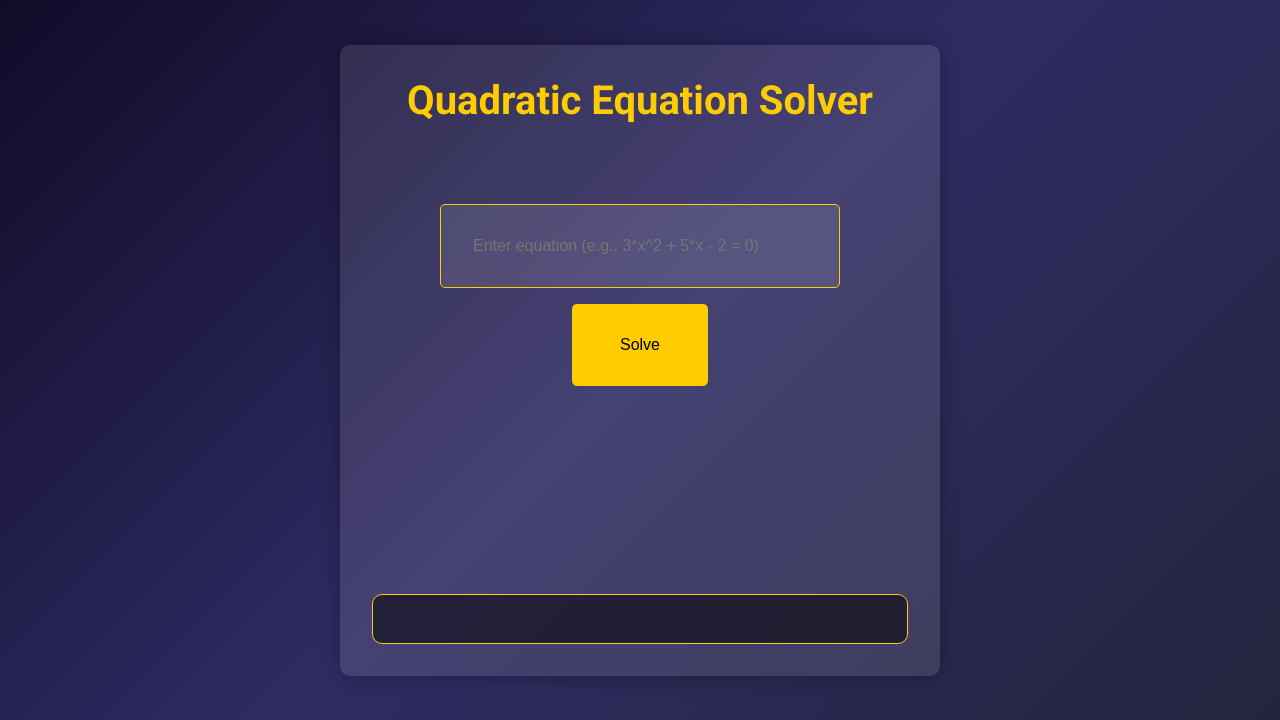
Repository: ngl-ankit/equation-solver
Page: index.html
These files come from the project's save history. The page is drawn as it stood at one moment and after the next save; the edit follows.
The browser window is 1280 px wide. The pictures show the whole page.

Above is the page before, as saved 2024-07-08 11:14:53.

### index.html
<!DOCTYPE html>
<html lang="en">
  <head>
    <meta charset="UTF-8" />
    <meta name="viewport" content="width=device-width, initial-scale=1.0" />
    <title>Quadratic Equation Solver</title>
    <link rel="stylesheet" href="styles.css" />
  </head>
  <body>
    <div class="container">
      <h1>Quadratic Equation Solver</h1>
      <div class="form-container">
        <form id="equation-form">
          <input
            type="text"
            id="equation-input"
            placeholder="Enter equation (e.g., 3*x^2 + 5*x - 2 = 0)"
            required
          />
          <button type="submit" class="solve-btn">Solve</button>
        </form>
      </div>
      <div id="results" class="results"></div>
    </div>
    <script src="script.js"></script>
  </body>
</html>

### styles.css
@import url("https://fonts.googleapis.com/css2?family=Roboto:wght@400;700&display=swap");

* {
  margin: 0;
  padding: 0;
  box-sizing: border-box;
}

body {
  display: flex;
  justify-content: center;
  align-items: center;
  height: 100vh;
  font-family: "Roboto", sans-serif;
  background: linear-gradient(135deg, #0f0c29, #302b63, #24243e);
  color: #fff;
}

.container {
  max-width: 600px;
  width: 90%;
  background: rgba(255, 255, 255, 0.1);
  padding: 2rem;
  border-radius: 10px;
  box-shadow: 0 0 20px rgba(0, 0, 0, 0.3);
  text-align: center;
}

h1 {
  font-size: 2.5rem;
  margin-bottom: 5rem;
  color: #ffcc00;
}

.form-container {
  margin-bottom: 13rem;
}

form {
  display: flex;
  flex-direction: column;
  align-items: center;
}

input[type="text"] {
  width: 100%;
  max-width: 400px;
  padding: 2rem;
  border: 1px solid #ffcc00;
  border-radius: 5px;
  background: rgba(255, 255, 255, 0.1);
  color: #fff;
  font-size: 1rem;
  margin-bottom: 1rem;
  transition: background-color 0.3s, border-color 0.3s;
}

input[type="text"]:hover,
input[type="text"]:focus {
  background-color: rgba(255, 255, 255, 0.2);
  border-color: #ff9900;
}

button.solve-btn {
  padding: 2rem 3rem;
  border: none;
  background-color: #ffcc00;
  color: #000;
  border-radius: 5px;
  cursor: pointer;
  transition: background-color 0.3s, transform 0.3s;
  font-size: 1rem;
  outline: none;
}

button.solve-btn:hover {
  background-color: #ff9900;
  transform: scale(1.05);
}

.results {
  background: rgba(0, 0, 0, 0.5);
  border: 1px solid #ffcc00;
  border-radius: 10px;
  padding: 1.5rem;
  margin-top: 2rem;
  text-align: left;
  animation: fadeIn 0.5s ease-in-out;
}

.results p {
  font-size: 1rem;
  line-height: 1.6;
  margin-bottom: 1rem;
}

.solution-steps {
  margin-top: 1rem;
}

@keyframes fadeIn {
  from {
    opacity: 0;
  }
  to {
    opacity: 1;
  }
}

### script.js
document.getElementById('equation-form').addEventListener('submit', function (event) {
  event.preventDefault();
  const equation = document.getElementById('equation-input').value;
  const result = solveQuadraticEquation(equation);
  displayResults(result);
});

function solveQuadraticEquation(equation) {
  const trimmedEquation = equation.replace(/\s/g, ''); // Remove all whitespace
  const regex = /^([-+]?\d*\.?\d*)\*?x\^2([-+]?\d*\.?\d*)\*?x([-+]?\d*\.?\d*)=?0$/;
  const matches = trimmedEquation.match(regex);

  if (!matches) {
    return { equation, error: 'Invalid equation format' };
  }

  const a = parseFloat(matches[1]) || 1;
  const b = parseFloat(matches[2]) || 0;
  const c = parseFloat(matches[3]) || 0;

  const discriminant = b * b - 4 * a * c;

  let solutions = [];
  let solutionSteps = [];

  solutionSteps.push(`Given equation: ${equation}`);

  solutionSteps.push(`Step 1: Calculate Discriminant (D) = ${b}^2 - 4 * ${a} * ${c}`);
  solutionSteps.push(`D = ${discriminant}`);

  if (discriminant > 0) {
    const x1 = (-b + Math.sqrt(discriminant)) / (2 * a);
    const x2 = (-b - Math.sqrt(discriminant)) / (2 * a);
    solutions = [x1, x2];
    solutionSteps.push(`Step 2: Apply the Quadratic Formula:`);
    solutionSteps.push(`x1 = (-${b} + √${discriminant}) / (2 * ${a}) = ${x1}`);
    solutionSteps.push(`x2 = (-${b} - √${discriminant}) / (2 * ${a}) = ${x2}`);
  } else if (discriminant === 0) {
    const x = -b / (2 * a);
    solutions = [x];
    solutionSteps.push(`Step 2: Apply the Quadratic Formula:`);
    solutionSteps.push(`x = -${b} / (2 * ${a}) = ${x}`);
  } else {
    solutionSteps.push(`Step 2: Since D < 0, no real solutions exist.`);
  }

  return {
    equation,
    solutions,
    discriminant,
    solutionSteps
  };
}

function displayResults(result) {
  const resultsDiv = document.getElementById('results');
  resultsDiv.innerHTML = `
    <h2>Results:</h2>
    <div class="solution-steps">
      ${result.solutionSteps.map(step => `<p>${step}</p>`).join('')}
    </div>
    <p><strong>Discriminant:</strong> ${result.discriminant}</p>
    ${result.solutions.length > 0 ? `
    <p><strong>Solutions:</strong> ${result.solutions.join(', ')}</p>` : ''}
  `;
}

After the next save:
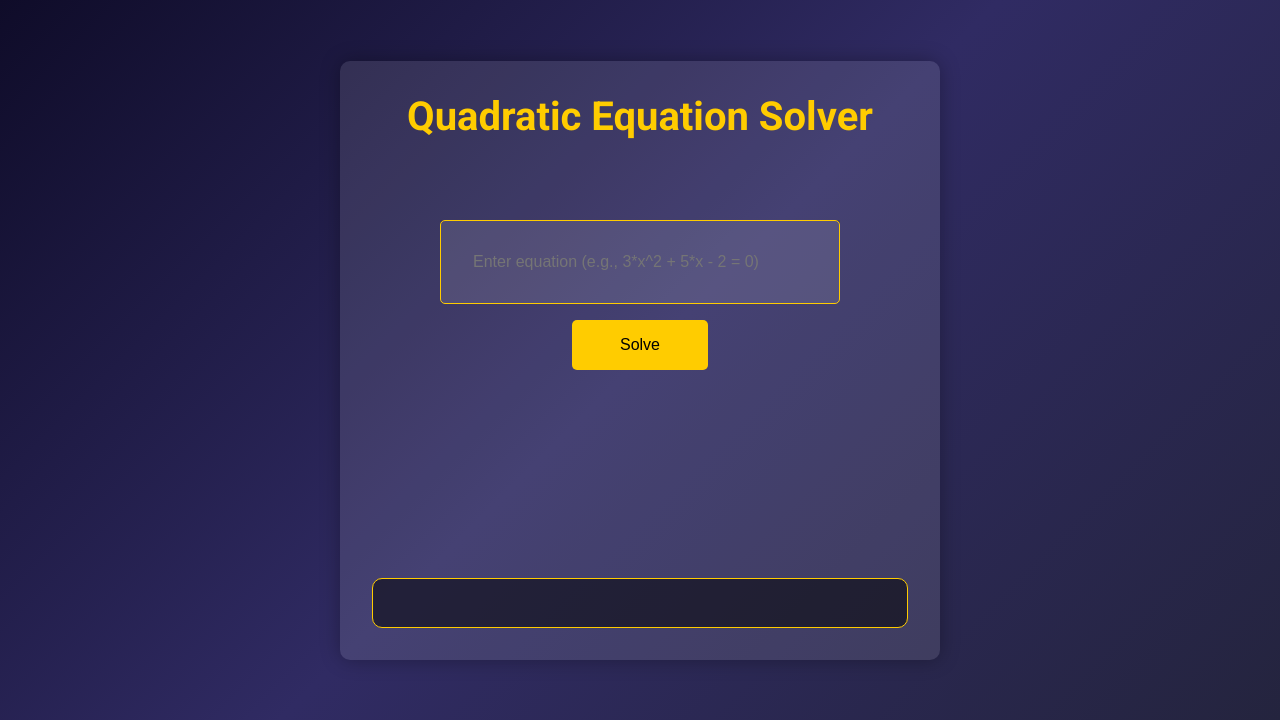
Saved 5 s later.
--- a/styles.css
+++ b/styles.css
@@ -62,7 +62,7 @@ input[type="text"]:focus {
 }
 
 button.solve-btn {
-  padding: 2rem 3rem;
+  padding: 1rem 3rem;
   border: none;
   background-color: #ffcc00;
   color: #000;
